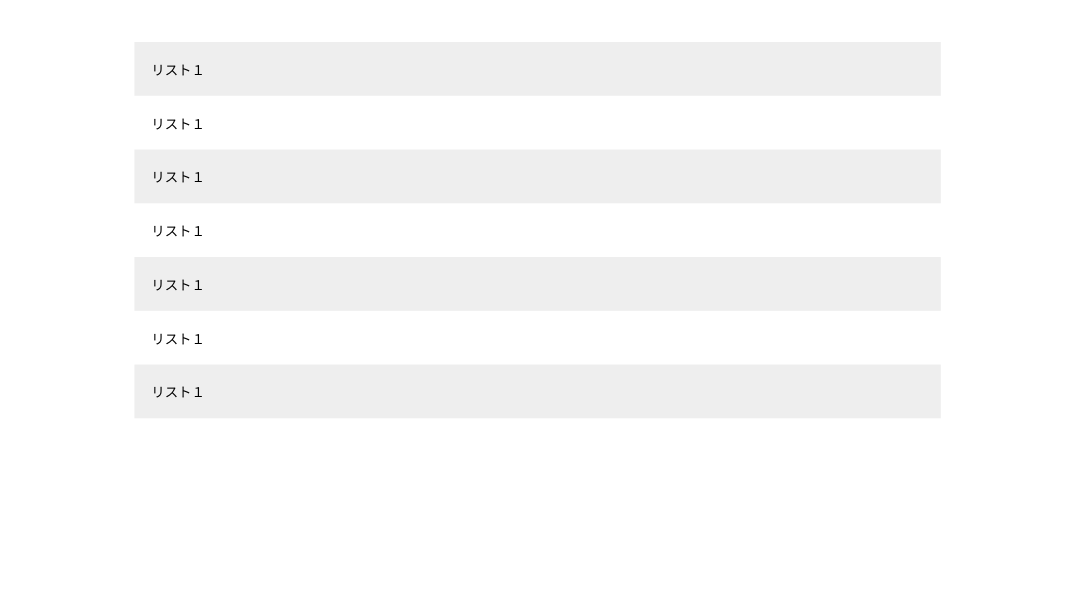
Repository: papisi-zu/book1
Page: exercises8/exercises8.html
The author's editor kept a record of every edit. The page is drawn from the files as they stood at one moment, then again after the next edit.
The browser window is 1280 px wide. The pictures show the whole page, at 84% of full size.

Above is the page before.

### exercises8/exercises8.html
<!DOCTYPE html>
<html lang="ja">
  <head>
    <meta charset="UTF-8" />
    <link rel="stylesheet" href="exercises8.css" />
    <title>exercises8</title>
  </head>

  <body>
    <main>
      <ul class="list-box">
        <li class="list-text">リスト１</li>
        <li class="list-text">リスト１</li>
        <li class="list-text">リスト１</li>
        <li class="list-text">リスト１</li>
        <li class="list-text">リスト１</li>
        <li class="list-text">リスト１</li>
        <li class="list-text">リスト１</li>
      </ul>
    </main>
  </body>
</html>

### exercises8/exercises8.css
* {
  margin: 0;
  padding: 0;
  box-sizing: border-box;
}

main {
  width: 960px;
  margin: 50px auto;
}

.list-box {
  padding-bottom: 50px;
}

.list-text {
  padding: 20px;
  list-style: none;
}

.list-text:nth-child(odd) {
  background-color: #eee;
}

.item-box {
  display: flex;
  flex-wrap: wrap;
}

.item {
  width: 30%;
  height: 200px;
  background-color: #ffd700;
  margin-right: 5%;
  margin-bottom: 40px;
}

.item:first-child,
.item:nth-child(5),
.item:last-child {
  background-color: #ff8c00;
}

.item:nth-child(3n) {
  margin-right: 0;
}

.item:last-child(-n + 3) {
  margin-bottom: 0;
}

After the next edit:
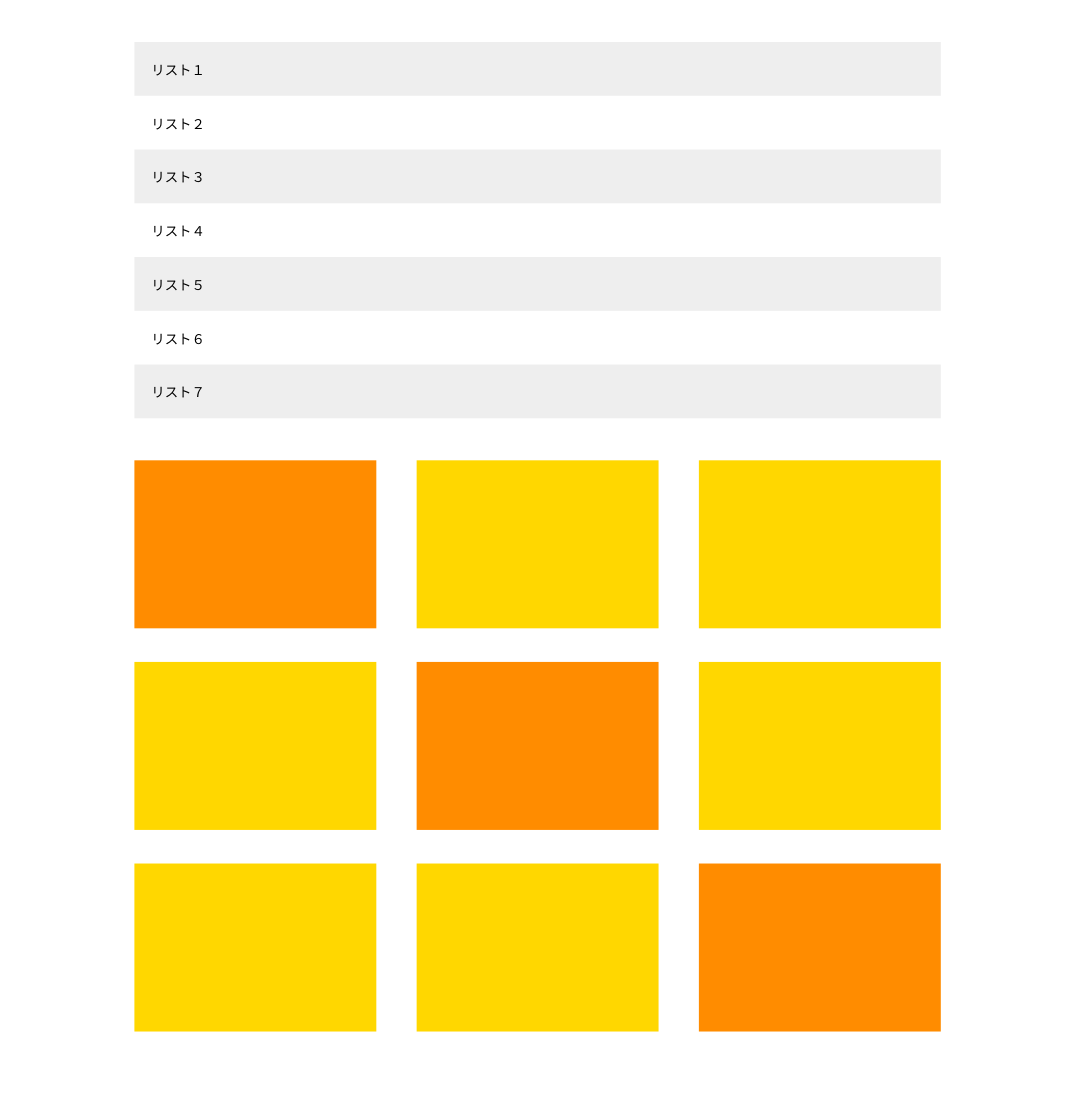
The edit:
--- a/exercises8/exercises8.html
+++ b/exercises8/exercises8.html
@@ -10,13 +10,24 @@
     <main>
       <ul class="list-box">
         <li class="list-text">リスト１</li>
-        <li class="list-text">リスト１</li>
-        <li class="list-text">リスト１</li>
-        <li class="list-text">リスト１</li>
-        <li class="list-text">リスト１</li>
-        <li class="list-text">リスト１</li>
-        <li class="list-text">リスト１</li>
+        <li class="list-text">リスト２</li>
+        <li class="list-text">リスト３</li>
+        <li class="list-text">リスト４</li>
+        <li class="list-text">リスト５</li>
+        <li class="list-text">リスト６</li>
+        <li class="list-text">リスト７</li>
       </ul>
+      <div class="item-box">
+        <div class="item"></div>
+        <div class="item"></div>
+        <div class="item"></div>
+        <div class="item"></div>
+        <div class="item"></div>
+        <div class="item"></div>
+        <div class="item"></div>
+        <div class="item"></div>
+        <div class="item"></div>
+      </div>
     </main>
   </body>
 </html>
